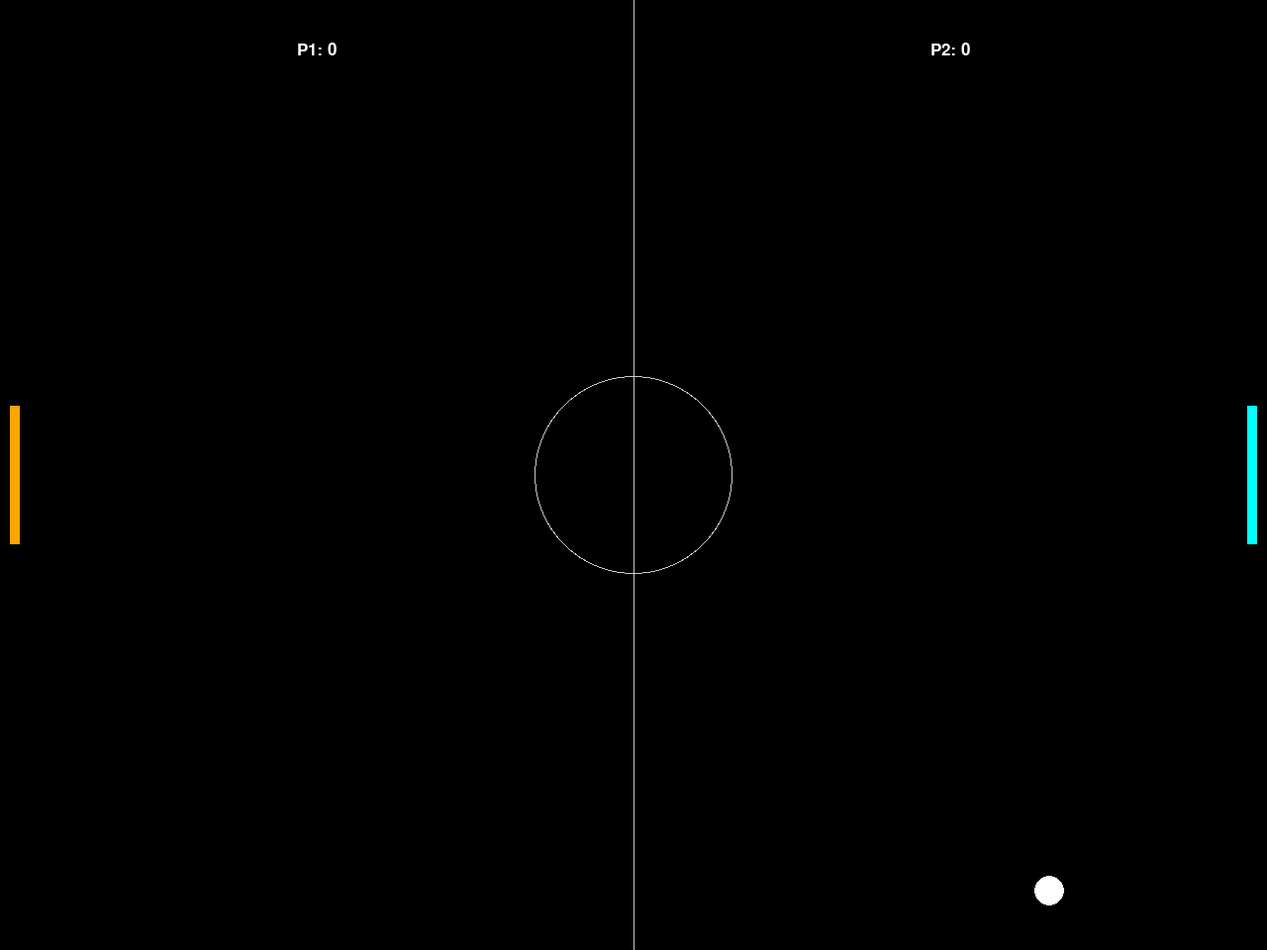
Repository: jak18015/python-tutorials
Script's output: python python-mega-course/pong-pygame/pong.py
An editor plug-in stored every save of this project. The script's output is shown before and after the next save, followed by the edit.
The pictures are shown at 99% of full size.
The window is shown after at most 60 frames with no key pressed. Random numbers start from a fixed seed.

Above is the script's output before, as saved 2023-05-02 17:44:35.

After the next save:
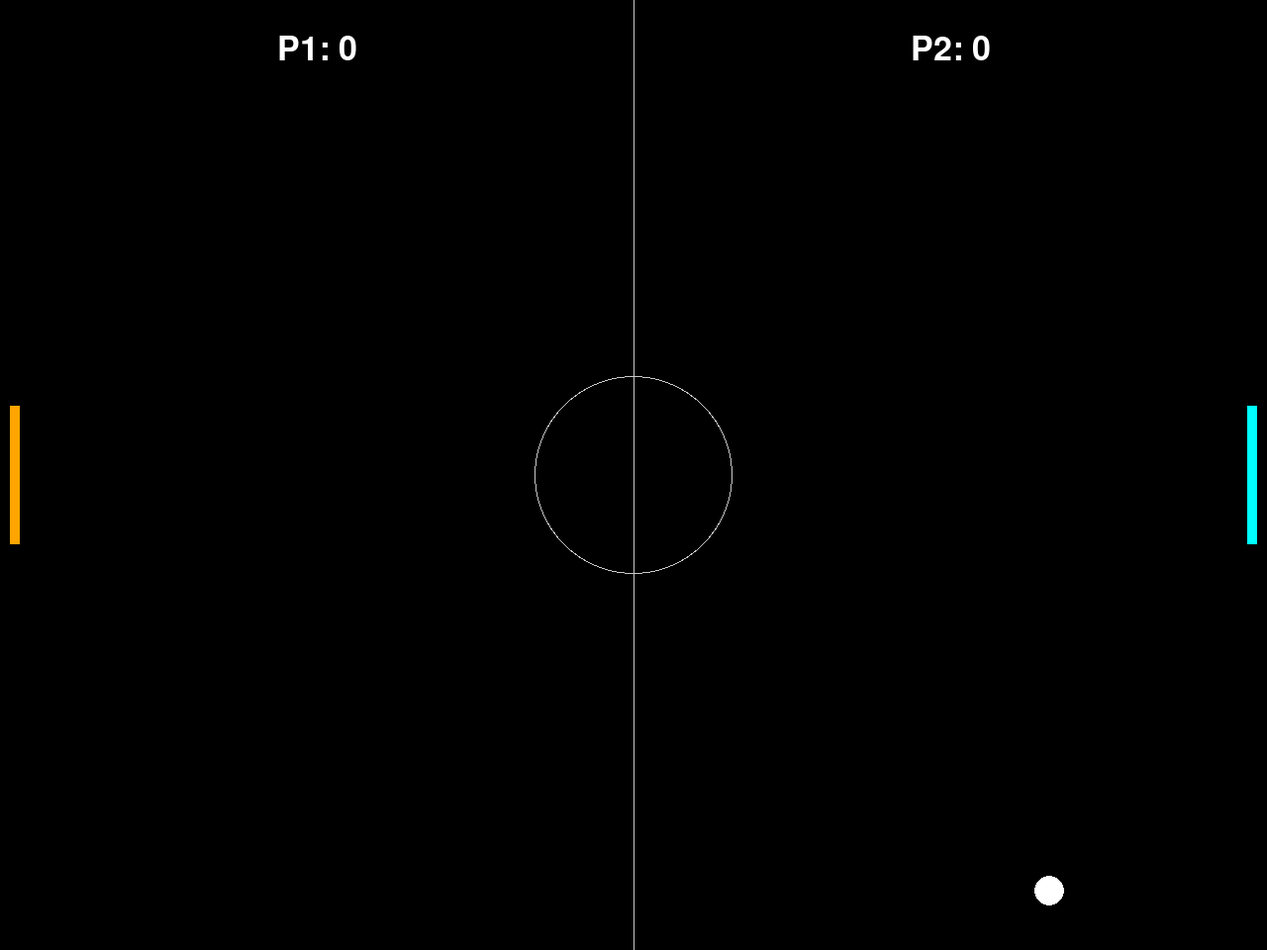
Saved 7 s later.
--- a/python-mega-course/pong-pygame/pong.py
+++ b/python-mega-course/pong-pygame/pong.py
@@ -14,7 +14,7 @@ pygame.display.set_caption('Pong')
 # text
 p_counter = 0
 o_counter = 0
-font = pygame.font.Font(None, 25)
+font = pygame.font.Font(None, 50)
 player_text = font.render("P1: " + str(p_counter), True, 'white')
 player_rect = player_text.get_rect(center=(screen_width/4, 50))
 opponent_text = font.render("P2: " + str(o_counter), True, 'white')
